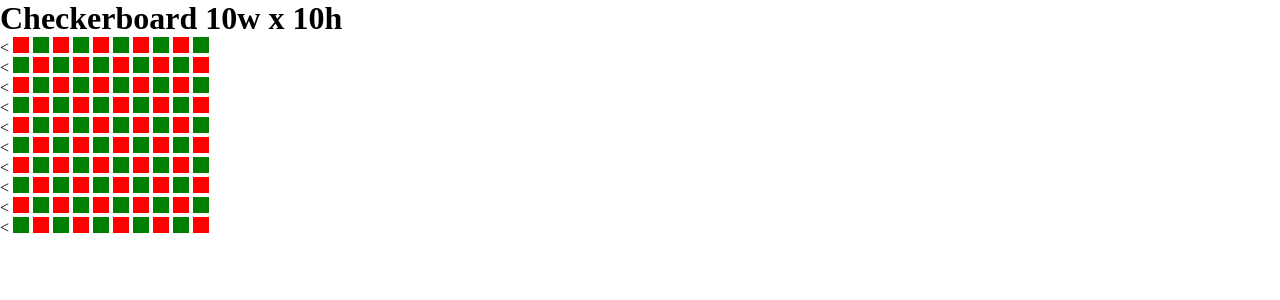
Repository: bchang1213/javaEE
Page: http://localhost/Checkerboard/view.jsp
These files come from the project's save history. The page is drawn as it stood at one moment and after the next save; the edit follows.
The browser window is 1280 px wide. The pictures show the whole page.
The page is served by Tomcat 9.

Above is the page before, as saved 2017-10-05 20:46:12.

After the next save:
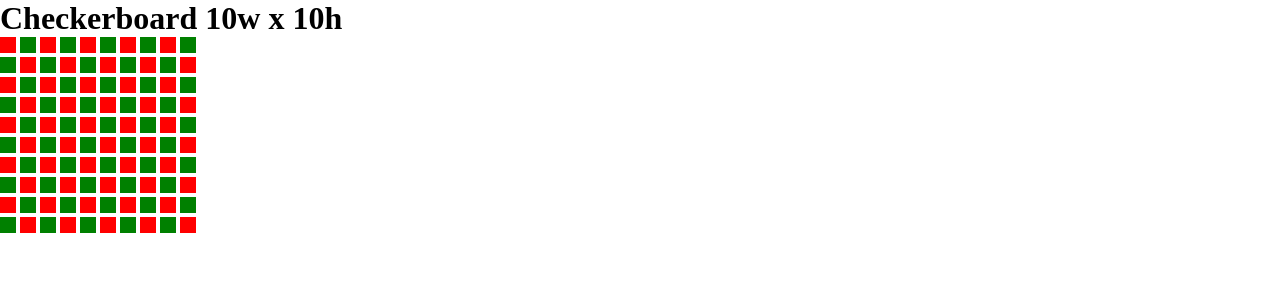
Saved 6 s later.
--- a/Checkerboard/WebContent/view.jsp
+++ b/Checkerboard/WebContent/view.jsp
@@ -30,7 +30,7 @@
 	<h1>Checkerboard <%= width %>w x <%=  height %>h</h1>
 	<div id="checkerboard">
 		<% for(int i = 1; i <= width;i++){ %>
-			<<!-- div class='block'></div> -->
+
 			<% for(int j = 1; j <= height;j++) { %>
 				<div class='block'></div>
 			<% } %>
